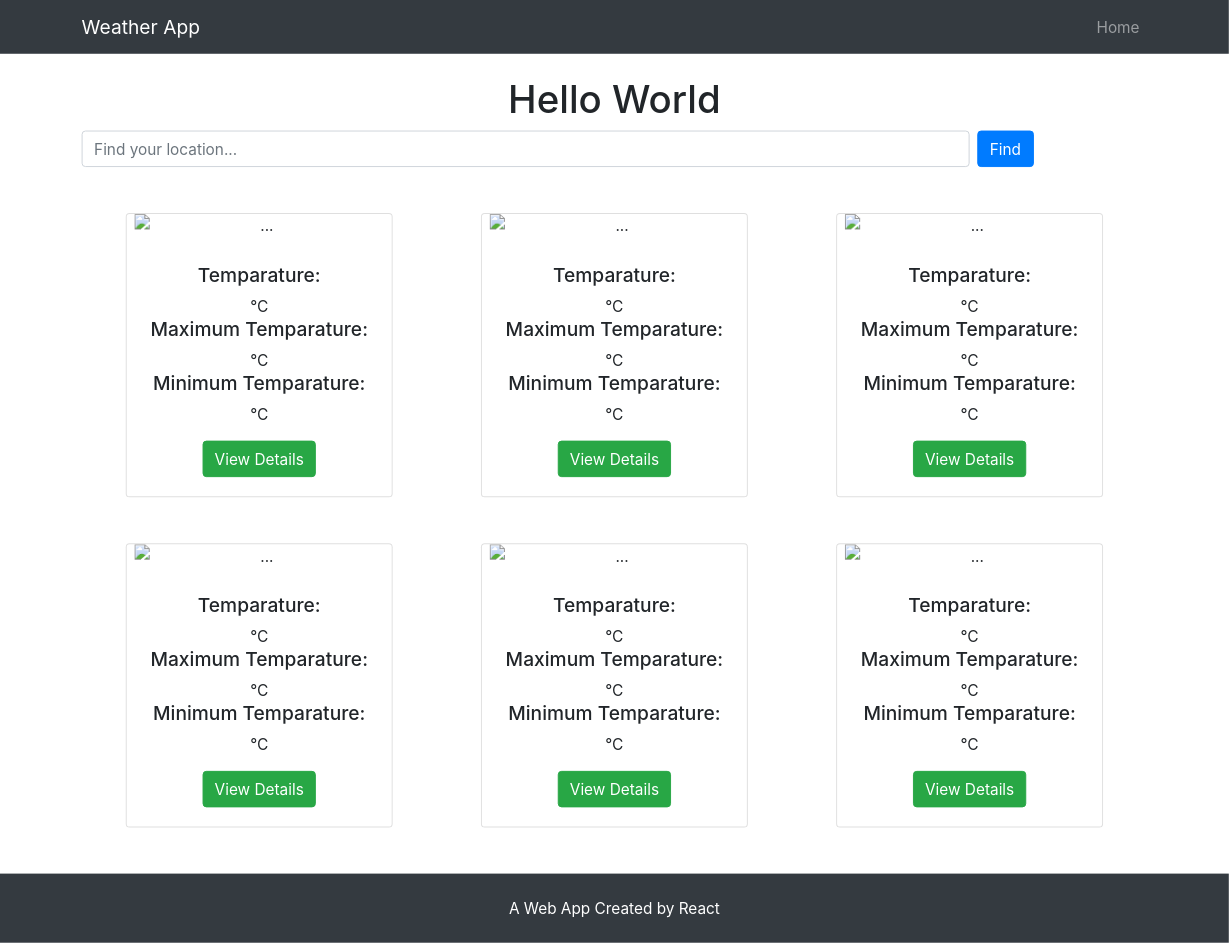
Repository: smk87/weather-app-react
Page: /weather/2344116
An editor plug-in stored every save of this project. The page is shown before and after the next save, followed by the edit.
The browser window is 1280 px wide. The pictures show the whole page, at 96% of full size.
The page's requests for data from a server got no answer. Some web libraries are served in a nearby version. The project was rebuilt for these pictures with package versions that can differ from the ones it lists, and the page was loaded fresh each time. A package was used in the major version that the imports need, not the one package.json lists. No one was signed in, and anything a server would have sent is missing. Also part of the build but not shown: src/components/Home.js.

Above is the page before, as saved 2019-02-06 20:11:24.

After the next save:
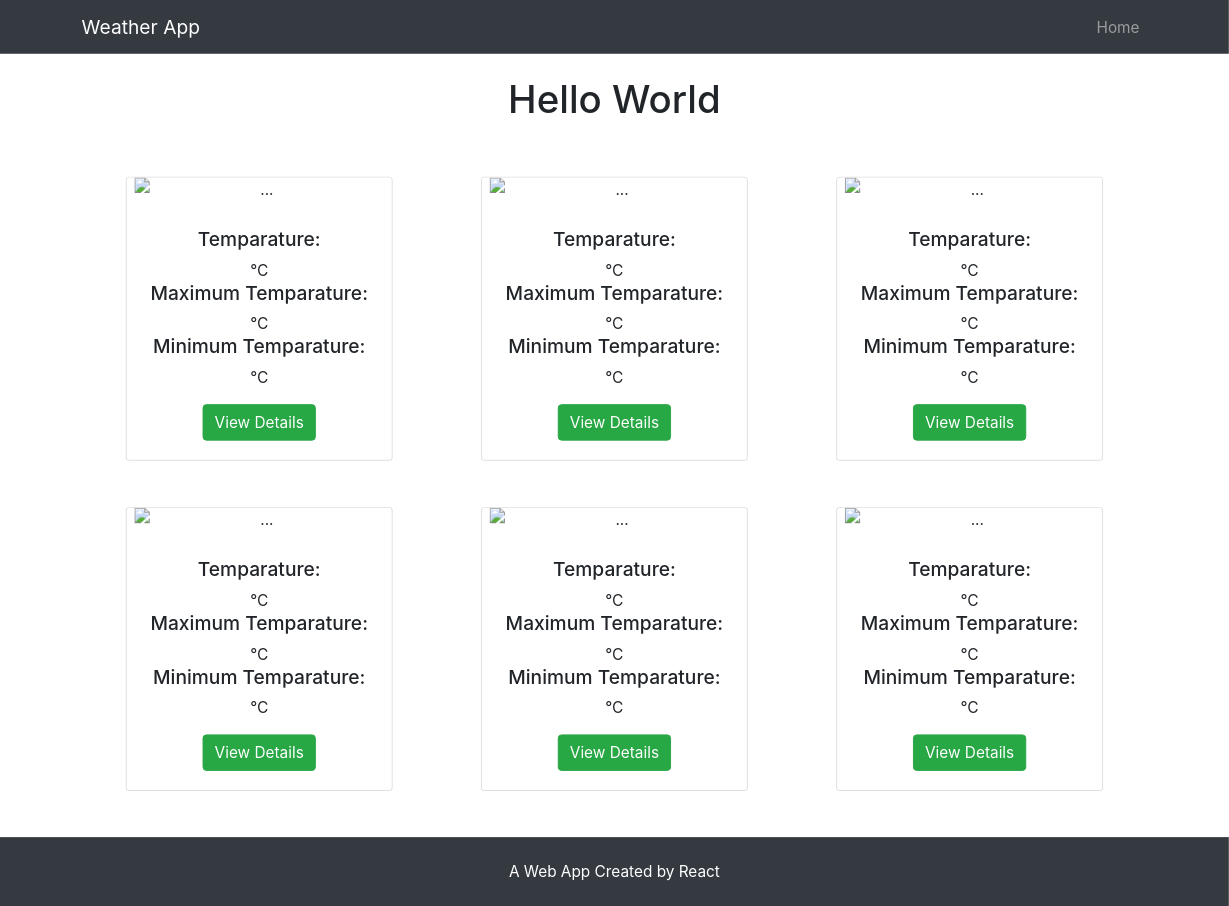
Saved 2 min 56 s later.
--- a/src/components/DetailedWeather.js
+++ b/src/components/DetailedWeather.js
@@ -2,44 +2,11 @@ import React, { Component } from "react";
 import Weather from "./Weather";
 
 export default class DetailedWeather extends Component {
-  constructor() {
-    super();
-
-    this.state = {
-      search: ""
-    };
-  }
-  onChange = e => {
-    this.setState({
-      [e.target.name]: e.target.value
-    });
-  };
-  onSubmit = e => {
-    e.preventDefault();
-    console.log(this.state);
-  };
-
   render() {
     return (
       <div>
         <h1>Hello World</h1>
         <div className="container">
-          <form onSubmit={this.onSubmit} action="#" className="form-inline">
-            <input
-              type="text"
-              name="search"
-              className="form-control col-md-10"
-              placeholder="Find your location..."
-              value={this.state.search}
-              onChange={this.onChange}
-            />
-            <input
-              type="submit"
-              className="ml-2 btn btn-primary"
-              value="Find"
-            />
-          </form>
-
           <form className="form-inline">
             <Weather id="2344116" />
             <Weather id="638242" />
